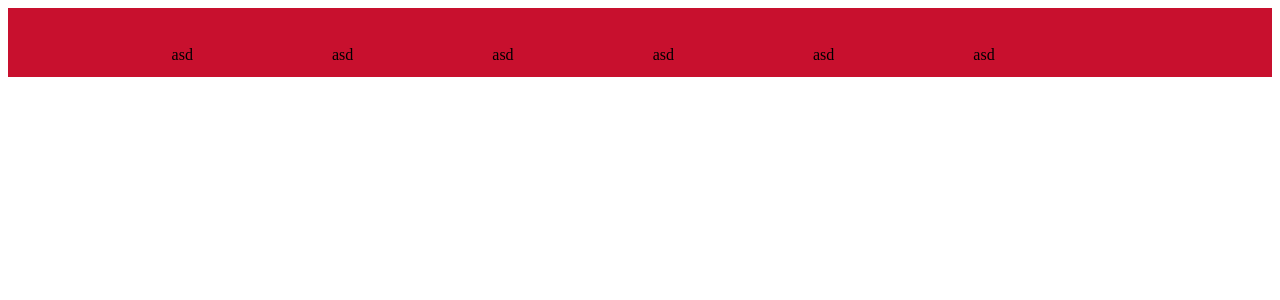
Repository: Cornman63/The-netherlands
Page: index.html
The author's editor kept a copy of each file at every save. The page is drawn from the files as they stood at one save, then again after the next save.
The browser window is 1280 px wide. The pictures show the whole page.

Above is the page before, as saved 2023-05-16 10:41:29.

### index.html
<!DOCTYPE html>
<html lang="en">
<head>
    <meta charset="UTF-8">
    <meta http-equiv="X-UA-Compatible" content="IE=edge">
    <meta name="viewport" content="width=device-width, initial-scale=1.0">
    <link rel="stylesheet" href="style.css">
    <title>Visit the Netherlands</title>

</head>
<body>
    <div class="top">
        <div class="site">asd</div>
        <div class="site">asd</div>
        <div class="site">asd</div>
        <div class="site">asd</div>
        <div class="site">asd</div>
        <div class="site">asd</div>
    </div>
</body>
</html>

### style.css
.top {
    display: flex;
    flex-direction: row;
    justify-content: center;
    justify-items: center;
    background-color:#C8102E
}
.site {
    display: flex;
    border: 1%;
    margin: 1%;
    margin-top: 3%;
    margin-right: 10%;
    align-content: center;
    background-color: ;
}

After the next save:
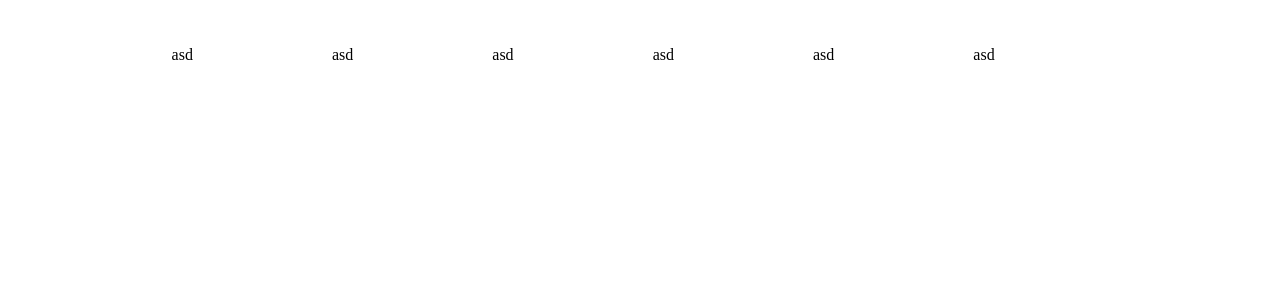
Saved 9 s later.
--- a/style.css
+++ b/style.css
@@ -2,7 +2,7 @@
     display: flex;
     flex-direction: row;
     justify-content: center;
-    justify-items: center;
+    align-content:center
     background-color:#C8102E
 }
 .site {

After the save that followed:
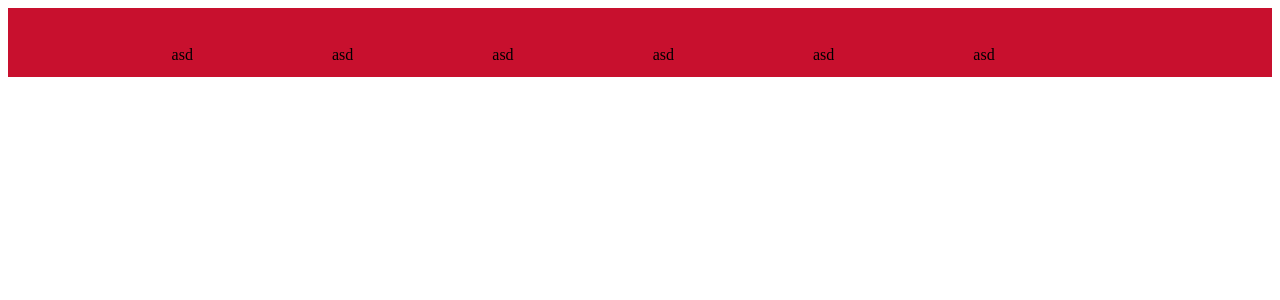
Saved 4 s later.
--- a/style.css
+++ b/style.css
@@ -2,7 +2,7 @@
     display: flex;
     flex-direction: row;
     justify-content: center;
-    align-content:center
+    align-content:center;
     background-color:#C8102E
 }
 .site {
